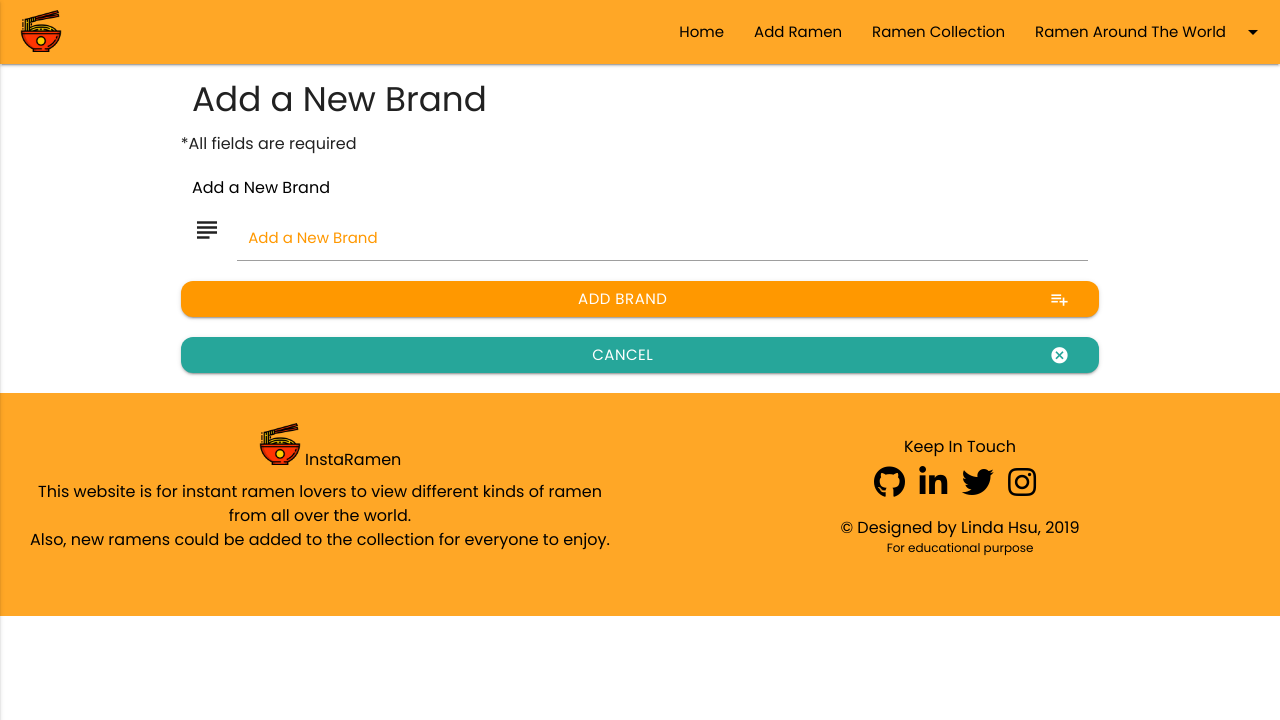
Repository: Paddlepop25/codeinstitute-insta-ramen
Page: http://localhost/add_brands
The author's editor kept a record of every edit. The page is drawn from the files as they stood at one moment, then again after the next edit.
The browser window is 1280 px wide. The pictures show the whole page.
Some web libraries are served in a nearby version. The page is served by the project's application, run on Flask 3 (app.py). Queries for data that is not in the repository find no rows.

Above is the page before.

After the next edit:
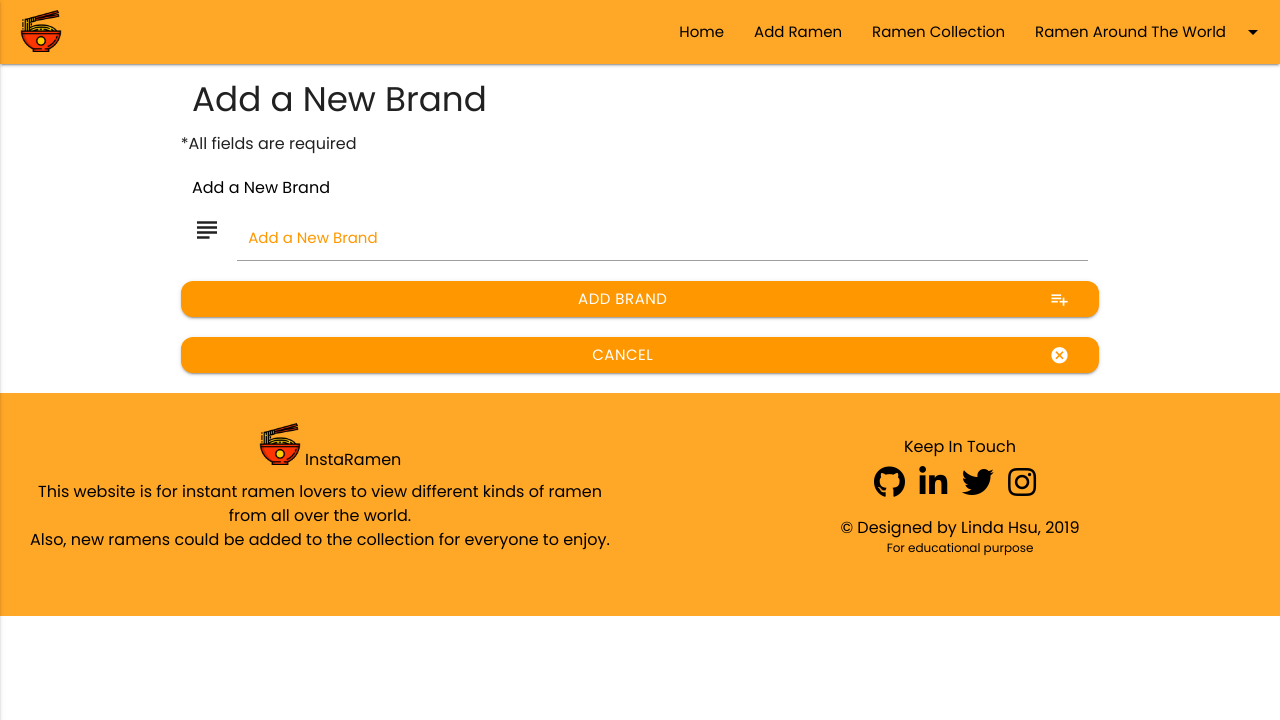
The edit:
--- a/templates/add_brands.html
+++ b/templates/add_brands.html
@@ -16,7 +16,7 @@
       <button class="btn waves-effect waves-light orange" type="submit" name="action">Add Brand
         <i class="material-icons right">playlist_add</i>
       </button>
-      <a href="{{url_for('get_ramen')}}" class="btn"><i class="material-icons right">cancel</i>Cancel</a>
+      <a href="{{url_for('get_ramen')}}" class="btn orange"><i class="material-icons right">cancel</i>Cancel</a>
     </div>
   </form>
 </div>
